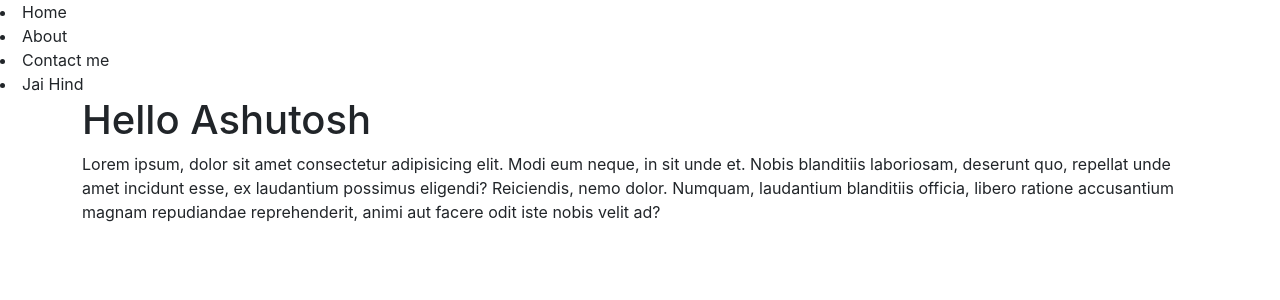
Repository: ASHUTOSH30LUV/news
Page: /
The author's editor kept a copy of each file at every save. The page is drawn from the files as they stood at one save, then again after the next save.
The browser window is 1280 px wide. The pictures show the whole page.
The project was rebuilt for these pictures with package versions that can differ from the ones it lists, and the page was loaded fresh each time. Also part of the build but not shown: src/App.css.

Above is the page before, as saved 2024-07-27 17:41:30.

After the next save:
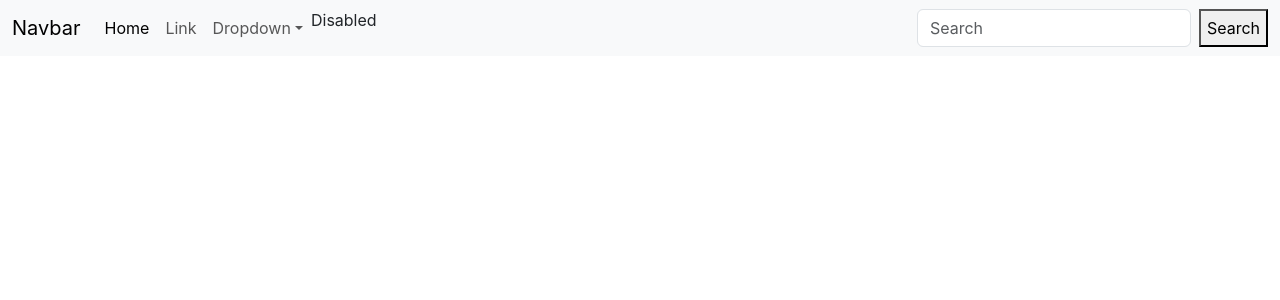
Saved 8 min 36 s later.
--- a/src/App.js
+++ b/src/App.js
@@ -1,20 +1,46 @@
 // import logo from './logo.svg';
 import './App.css';
 
-let name = "Ashutosh";
+
 function App() {
   return (
     <>
-    <nav>
-      <li>Home</li>
-      <li>About</li>
-      <li>Contact me</li>
-      <li>Jai Hind</li>
-    </nav>
-    <div className="container">
-      <h1>Hello {name}</h1>
-      <p>Lorem ipsum, dolor sit amet consectetur adipisicing elit. Modi eum neque, in sit unde et. Nobis blanditiis laboriosam, deserunt quo, repellat unde amet incidunt esse, ex laudantium possimus eligendi? Reiciendis, nemo dolor. Numquam, laudantium blanditiis officia, libero ratione accusantium magnam repudiandae reprehenderit, animi aut facere odit iste nobis velit ad?</p>
+    <nav className="navbar navbar-expand-lg bg-body-tertiary" >
+  <div className="container-fluid">
+    <a className="navbar-brand" href="#">Navbar</a>
+    <button className="navbar-toggler" type="button" data-bs-toggle="collapse" data-bs-target="#navbarSupportedContent" aria-controls="navbarSupportedContent" aria-expanded="false" aria-label="Toggle navigation">
+      <span className="navbar-toggler-icon"></span>
+    </button>
+    <div className="collapse navbar-collapse" id="navbarSupportedContent">
+      <ul className="navbar-nav me-auto mb-2 mb-lg-0">
+        <li className="nav-item">
+          <a className="nav-link active" aria-current="page" href="#">Home</a>
+        </li>
+        <li className="nav-item">
+          <a className="nav-link" href="#">Link</a>
+        </li>
+        <li className="nav-item dropdown">
+          <a className="nav-link dropdown-toggle" href="#" role="button" data-bs-toggle="dropdown" aria-expanded="false">
+            Dropdown
+          </a>
+          <ul className="dropdown-menu">
+            <li><a className="dropdown-item" href="#">Action</a></li>
+            <li><a className="dropdown-item" href="#">Another action</a></li>
+            <li><hr className="dropdown-divider" /></li>
+            <li><a className="dropdown-item" href="#">Something else here</a></li>
+          </ul>
+        </li>
+        <li className="nav-item">
+          <a classNameName="nav-link disabled" aria-disabled="true">Disabled</a>
+        </li>
+      </ul>
+      <form className="d-flex" role="search">
+        <input className="form-control me-2" type="search" placeholder="Search" aria-label="Search" />
+        <button classNameName="btn btn-outline-success" type="submit">Search</button>
+      </form>
     </div>
+  </div>
+</nav>
     </>
   );
 }
